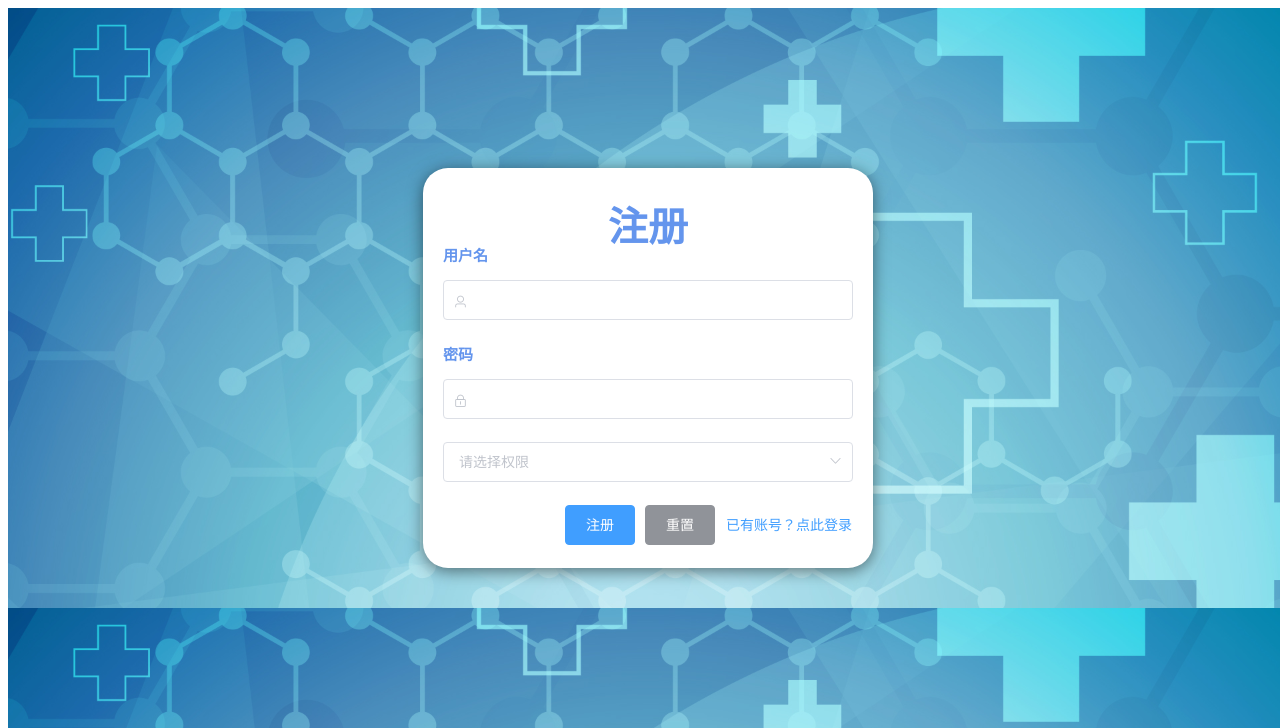
Repository: ShaoCHis/WEB-SOA-frontEnd
Page: /#/register
The author's editor kept a copy of each file at every save. The page is drawn from the files as they stood at one save, then again after a run of saves.
The browser window is 1280 px wide. The pictures show the whole page.
The project was rebuilt for these pictures with package versions that can differ from the ones it lists, and the page was loaded fresh each time. Also part of the build but not shown: src/components/Login.vue, src/components/test.vue, src/components/test2.vue, src/components/Admin/ManagePage.vue, src/components/Hospital/HMainPage.vue, src/components/Patient/MainPage.vue.

Above is the page before, as saved 2021-11-16 18:52:44.

### src/main.js
import Vue from 'vue'
import App from './App.vue'
import router from './router'
import axios from 'axios'//axios
import './plugins/element.js'
import './assets/icon/iconfont.css'
Vue.config.productionTip = false
Vue.prototype.$axios = axios//axios

new Vue({
  router,
  render: h => h(App),
  template: '<App/>'
}).$mount('#app')



//import ElementUI from 'element-ui' //element-ui的全部组件
//import 'element-ui/lib/theme-chalk/index.css'//element-ui的css
//Vue.use(ElementUI) //使用elementUI

/* eslint-disable no-new */
// new Vue({
//   el: '#app',
//   router,
//   components: { App },
//   template: '<App/>'
// })

### src/App.vue
<template>
  <div id="app">
      <router-view v-if="isRouterAlive" />
  </div>
</template>

<script>


export default {
  name:"app",
  provide(){
		return{
			reload:this.reload
		}
	},
data(){
		return{
			isRouterAlive:true
		}
	},
	methods: {
		reload() {
			this.isRouterAlive=false
			this.$nextTick(function(){
				this.isRouterAlive=true
			})
		}
  }
};
</script>

<style>
html,body,#app{

 height: 100%;

}
</style>

### src/router/index.js
import Vue from 'vue'
import Router from 'vue-router'
// import Login from '@/components/Login'
// import Result from '@/components/Result'
import Login from '../components/Login.vue'
import test from '../components/test.vue'
import test2 from '../components/test2.vue'
import Register from '../components/Register.vue'
import ManagePage from '../components/Admin/ManagePage.vue'
import HMainPage from '../components/Hospital/HMainPage.vue'
import MainPage from '../components/Patient/MainPage.vue'

Vue.use(Router)

export default new Router({
  routes: [
    { path: '/', component: Login},
    { path: '/login', component: Login},
    { path: '/register', component: Register},
    { path: '/managepage', component: ManagePage},
    { path: '/hmainpage', component: HMainPage},
    { path: '/mainpage', component: MainPage},
    { path: '/test', component: test},
    { path: '/test2', component: test2},
  ]
})

### src/plugins/element.js
import Vue from 'vue'
import 'element-ui/lib/theme-chalk/index.css'
import {
  Avatar,
  Pagination,
  Dialog,
  Autocomplete,
  Dropdown,
  DropdownMenu,
  DropdownItem,
  Menu,
  Submenu,
  MenuItem,
  MenuItemGroup,
  Input,
  InputNumber,
  Radio,
  RadioGroup,
  RadioButton,
  Checkbox,
  CheckboxButton,
  CheckboxGroup,
  Switch,
  Select,
  Option,
  OptionGroup,
  Button,
  ButtonGroup,
  Table,
  Divider,
  TableColumn,
  DatePicker,
  TimeSelect,
  TimePicker,
  Popover,
  Tooltip,
  Breadcrumb,
  BreadcrumbItem,
  Form,
  FormItem,
  Tabs,
  TabPane,
  Tag,
  Tree,
  Alert,
  Slider,
  Icon,
  Row,
  Col,
  Upload,
  Progress,
  Spinner,
  Badge,
  Card,
  Rate,
  Steps,
  Step,
  Carousel,
  CarouselItem,
  Collapse,
  CollapseItem,
  Cascader,
  ColorPicker,
  Transfer,
  Container,
  Header,
  Aside,
  Main,
  Footer,
  Timeline,
  TimelineItem,
  Link,
  Image,
  Calendar,
  Backtop,
  PageHeader,
  CascaderPanel,
  Loading,
  MessageBox,
  Message,
  Notification,
  Popconfirm
} from 'element-ui';
Vue.use(Avatar);
Vue.use(Pagination);
Vue.use(Dialog);
Vue.use(Autocomplete);
Vue.use(Dropdown);
Vue.use(DropdownMenu);
Vue.use(DropdownItem);
Vue.use(Menu);
Vue.use(Submenu);
Vue.use(MenuItem);
Vue.use(MenuItemGroup);
Vue.use(Input);
Vue.use(InputNumber);
Vue.use(Radio);
Vue.use(RadioGroup);
Vue.use(RadioButton);
Vue.use(Checkbox);
Vue.use(CheckboxButton);
Vue.use(CheckboxGroup);
Vue.use(Switch);
Vue.use(Select);
Vue.use(Option);
Vue.use(OptionGroup);
Vue.use(Button);
Vue.use(ButtonGroup);
Vue.use(Table);
Vue.use(Divider);
Vue.use(TableColumn);
Vue.use(DatePicker);
Vue.use(TimeSelect);
Vue.use(TimePicker);
Vue.use(Popover);
Vue.use(Popconfirm);
Vue.use(Tooltip);
Vue.use(Breadcrumb);
Vue.use(BreadcrumbItem);
Vue.use(Form);
Vue.use(FormItem);
Vue.use(Tabs);
Vue.use(TabPane);
Vue.use(Tag);
Vue.use(Tree);
Vue.use(Alert);
Vue.use(Slider);
Vue.use(Icon);
Vue.use(Row);
Vue.use(Col);
Vue.use(Upload);
Vue.use(Progress);
Vue.use(Spinner);
Vue.use(Badge);
Vue.use(Card);
Vue.use(Rate);
Vue.use(Steps);
Vue.use(Step);
Vue.use(Carousel);
Vue.use(CarouselItem);
Vue.use(Collapse);
Vue.use(CollapseItem);
Vue.use(Cascader);
Vue.use(ColorPicker);
Vue.use(Transfer);
Vue.use(Container);
Vue.use(Header);
Vue.use(Aside);
Vue.use(Main);
Vue.use(Footer);
Vue.use(Timeline);
Vue.use(TimelineItem);
Vue.use(Link);
Vue.use(Divider);
Vue.use(Image);
Vue.use(Calendar);
Vue.use(Backtop);
Vue.use(PageHeader);
Vue.use(CascaderPanel);

Vue.use(Loading.directive);

Vue.prototype.$loading = Loading.service;
Vue.prototype.$msgbox = MessageBox;
Vue.prototype.$alert = MessageBox.alert;
Vue.prototype.$confirm = MessageBox.confirm;
Vue.prototype.$prompt = MessageBox.prompt;
Vue.prototype.$notify = Notification;
Vue.prototype.$message = Message;

### src/assets/icon/iconfont.css
@font-face {
  font-family: "iconfont"; /* Project id 2933034 */
  src: url('iconfont.woff2?t=1636685974259') format('woff2'),
       url('iconfont.woff?t=1636685974259') format('woff'),
       url('iconfont.ttf?t=1636685974259') format('truetype');
}

.iconfont {
  font-family: "iconfont" !important;
  font-size: 16px;
  font-style: normal;
  -webkit-font-smoothing: antialiased;
  -moz-osx-font-smoothing: grayscale;
}

.icon-xiaozu:before {
  content: "\e69a";
  font-size: 18px;
  margin-right: 3px;
  margin-top:2px;
}

### src/components/Register.vue
<template>
<div>
    <div class="register_container" >
        <div class="register_box">
            <div class="tip">
             <h1>注册</h1>
            </div>
            <!-- 头像区域 -->
            <!-- <div class="avatar_box">
               <img src="../assets/back.jpg" alt="">
            </div> -->
            <!-- 登录表单 -->
            <el-form ref="registerFormRef" :model="registerForm" :rules="registerFormRules" label-width="0px" class="register_form">
                <!-- 用户名 -->
                <div class="item-name">
                        <p>用户名</p>
                    </div>
                <el-form-item prop="userid">
                     <el-input v-model="registerForm.userid" prefix-icon="el-icon-user"></el-input>
                </el-form-item>
                <!-- 密码 -->
                <div class="item-name">
                        <p>密码</p>
                    </div>
                <el-form-item prop="password">
                     <el-input v-model="registerForm.password" prefix-icon="el-icon-lock"
                     type="password"></el-input>
                </el-form-item>
                <!-- 身份 -->
                <el-form-item prop="role"  >
                   <el-select v-model="registerForm.role" @change="searchSelect(registerForm.role)" placeholder="请选择权限"  style="width:100%" prefix>
                      <el-option v-for="item in options"
                       :key="item.role"
                       :label="item.label"
                       :value="item.role">
                       </el-option>
                  </el-select>
                </el-form-item>

                <!-- 按钮区域 -->
                <el-form-item class="btns">
                     <el-button type="primary" @click="register">注册</el-button>
                     <el-button type="info" @click="resetregisterForm">重置</el-button>
                     <el-button type="text" @click="login">已有账号？点此登录</el-button>
                </el-form-item>
            </el-form>

        </div>
    </div>
</div>
</template>

<script>
export default {

    data(){
        return{

           registerForm:{
                userid:'',
                password:'',
                role:'',
            },
            options: [
                {label:"学生",role:'Student'},
                     { label:"教师" ,role:"Teacher"},
                     {label:"管理员", role:"Admin"}],


            registerFormRules:{
                userid:[{required: true, message: '请输入登录账号', trigger: "blur" },
                { min: 4, max: 10, message: '长度在 5 到 10 个字符', trigger: "blur"}
                ],
                password:[{required: true, message: '请输入登录密码', trigger: "blur" },
                { min: 3, max: 15, message: '长度在 5 到 15 个字符', trigger: "blur"}]
            },
            searchSelect(val){
                console.log(val)
                this.value = val
                console.log(this.registerForm)
            },

        };

  },
  methods:{
      //重置按钮
      resetRegisterForm(){
         // console.log(this)
          this.$refs.registerFormRef.resetFields();
      },
      register(){
        //  if(this.value=="Student") this.$router.push('/mainpage');
        //  if(this.value=="Teacher") this.$router.push('/tmainpage');
        //  if(this.value=="Admin") this.$router.push('/managepage');
      },
      login(){
          this.$router.push('/login');
      },
  }

};

</script>

<style lang="less" scoped>
.tip{
          color: cornflowerblue;
          font-size: 20px;
          font-weight: bold;
          text-align: center;
          margin-bottom: 30px;
}

.register_container{
    background-color: #5c2c948c;
    background-image:url('../assets/back.jpeg');
    background-size: 100%,100%;
    height: 100%;
    width: 100%;
    position: fixed;
}

.register_box{
    width:450px;
    // height:340px;
    height:400px;
    background-color: #fff;
    border-radius: 25px;
    position:absolute;
    left:50%;
    top:50%;
    transform: translate(-50%,-50%);
    box-shadow: 0 3px 16px rgba(0, 0, 0, 0.5);
    .avatar_box{
        height:110px;
        width:110px;
        border:1px solid #eee;
        border-radius:50%;
        padding:5px;
        box-shadow:0 0 2px #ddd;
        position: absolute;
        left: 50%;
        transform: translate(-50%,-50%);
        background-color: #fff;
        img{
            width:100%;
            height:100%;
            border-radius: 50%;
            background-color: #eee;
        }
    }
}
.register_form{
    position:absolute;
    bottom:0;
    width: 100%;
    padding:0 20px;
    box-sizing: border-box;

}

.item-name{
    color: cornflowerblue;
    font-size: 15px;
    font-weight: bold;
    //text-align: center;
    // padding:10 ;
    top: auto;
    //margin-bottom: 30px;
}

.btns{
   display:flex;
   justify-content: flex-end;
}


</style>

Loaded but not shown: public/index.html (common file)

After the next 2 saves:
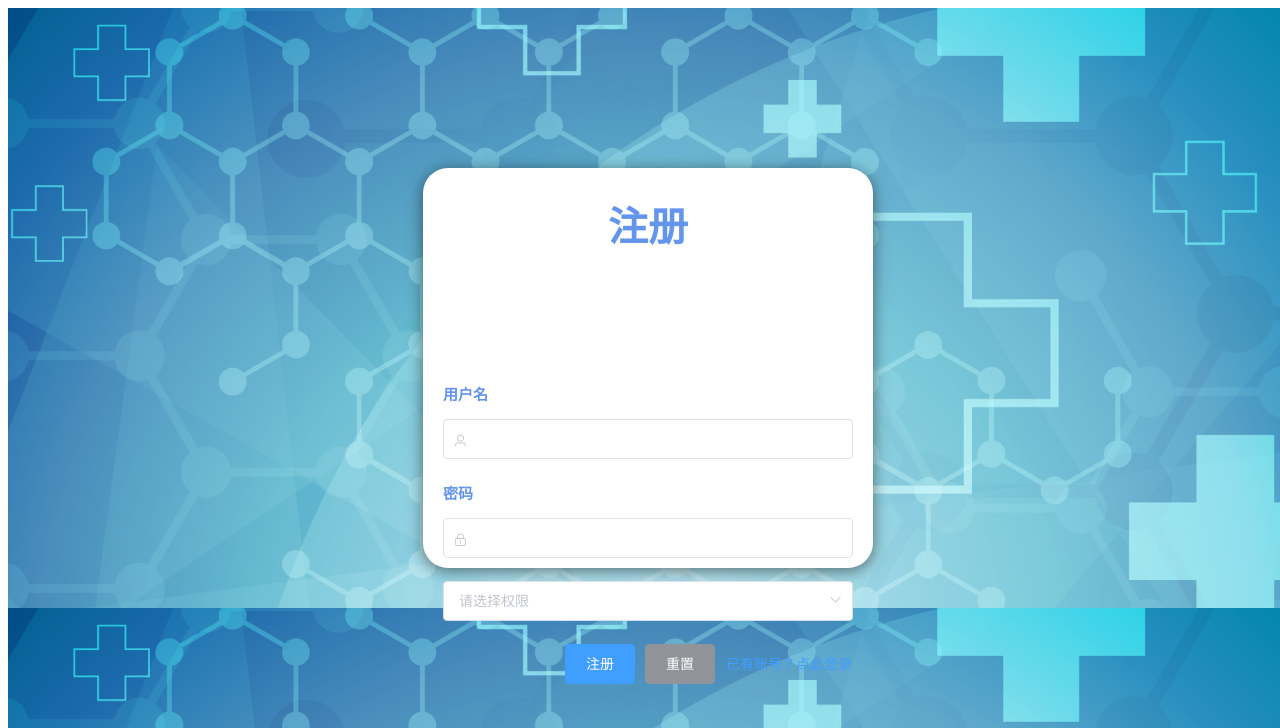
The 2 saves are shown as one change because they came seconds apart.
The last was saved 21 s later.
--- a/src/components/Register.vue
+++ b/src/components/Register.vue
@@ -154,6 +154,7 @@
 .register_form{
     position:absolute;
     bottom:0;
+    height:50%;
     width: 100%;
     padding:0 20px;
     box-sizing: border-box;

After the save that followed:
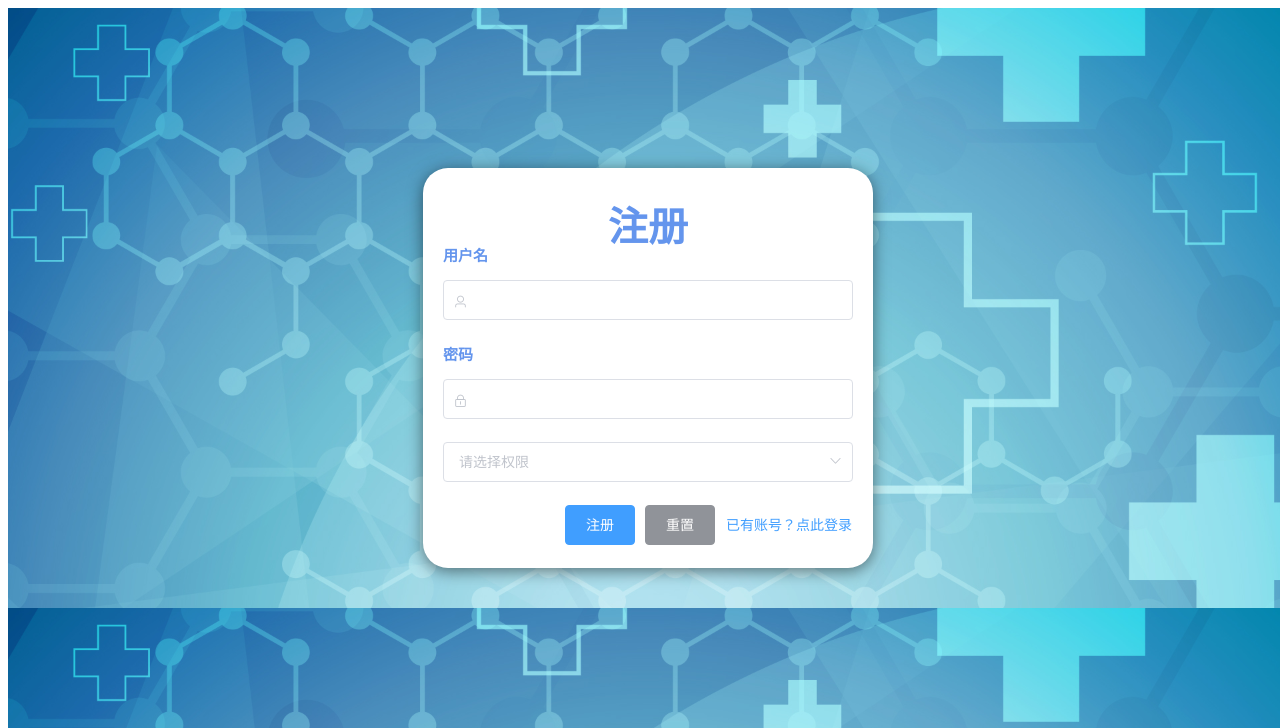
Saved 8 s later.
--- a/src/components/Register.vue
+++ b/src/components/Register.vue
@@ -154,7 +154,6 @@
 .register_form{
     position:absolute;
     bottom:0;
-    height:50%;
     width: 100%;
     padding:0 20px;
     box-sizing: border-box;
